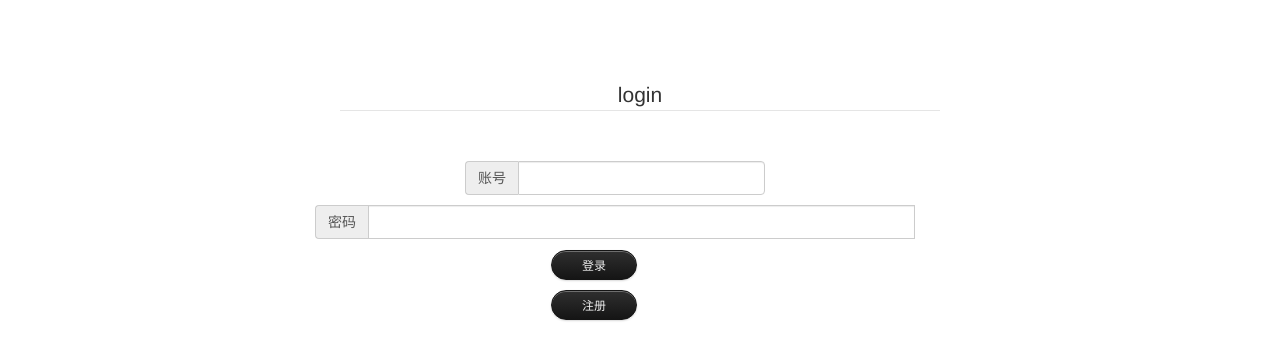
Repository: silzx/learning
Page: http://localhost/MyBatis/
These files come from the project's save history. The page is drawn as it stood at one moment and after the next save; the edit follows.
The browser window is 1280 px wide. The pictures show the whole page.
The page is served by Tomcat 9.

Above is the page before, as saved 2017-11-13 02:28:31.
Console error (its wording comes from the project's code and is left out).

After the next save:
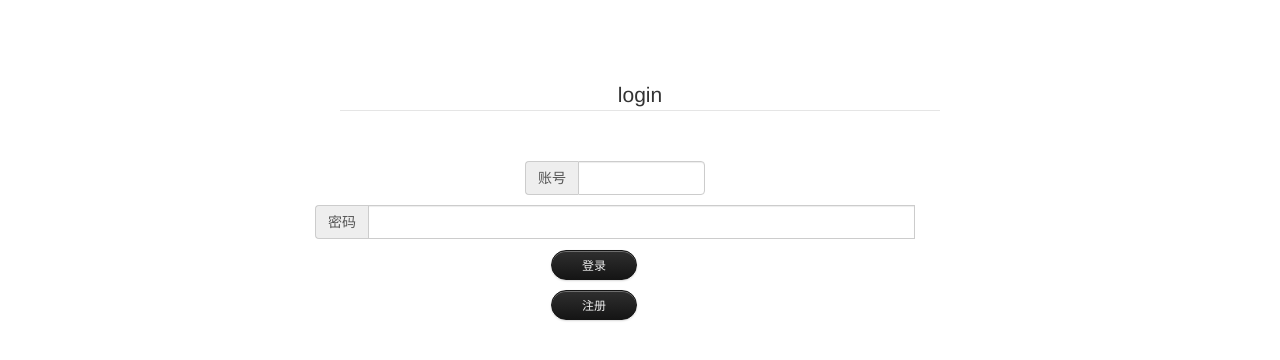
Saved 17 s later.
--- a/MyBatis/WebContent/index.jsp
+++ b/MyBatis/WebContent/index.jsp
@@ -67,7 +67,7 @@ String basePath = request.getScheme()+"://"+request.getServerName()+":"+request.
 		<fieldset style="width: 600px"><legend>login</legend>
 				<form action="<%=basePath%>UserAction/userLogin.action" method="post">
 				<span style="color: red; visibility: hidden;" id="error" >账号或者密码错误</span><p>
-				<div id="reset" class="input-group" style="width: 300px">
+				<div id="reset" class="input-group" style="width: 30%">
 					<span class="input-group-addon">账号</span>
 					<input type="text" name="u.name" class="form-control" value="<%=name %>">
 				</div>
